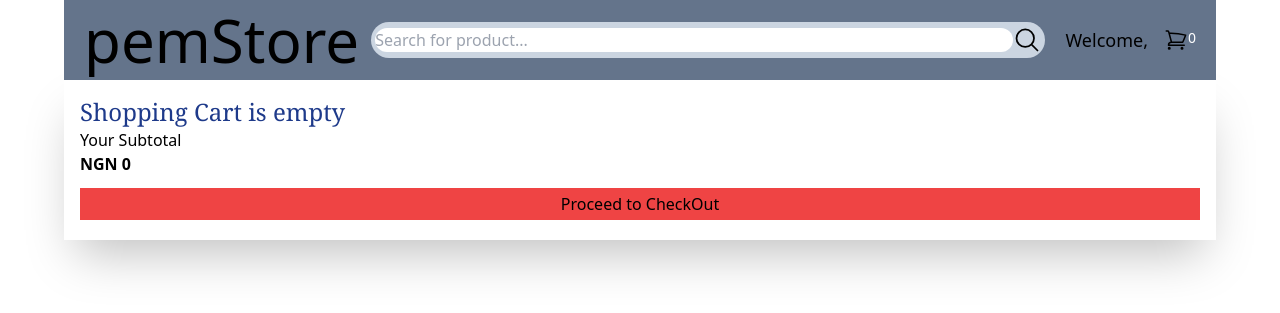
Repository: Semanmernstack/pemstore
Page: /checkout
These files come from the project's save history. The page is drawn as it stood at one moment and after the next save; the edit follows.
The browser window is 1280 px wide. The pictures show the whole page.
The page's requests for data from a server got no answer. The project was rebuilt for these pictures with package versions that can differ from the ones it lists, and the page was loaded fresh each time. The framework's server and built-in components were replaced by stand-ins that run in the browser. No one was signed in, and anything a server would have sent is missing. Also part of the build but not shown: next.config.js, components/CheckoutProduct.js.

Above is the page before, as saved 2022-11-06 05:00:20.

### pages/_app.js
import '../styles/globals.css'
import { SessionProvider } from "next-auth/react"
import { Provider } from 'react-redux'
import { store } from '../store'


function MyApp({ Component, pageProps: { session, ...pageProps }, }) {
  return (
    <SessionProvider session={session}>
      <Provider store={store}  >
        <Component {...pageProps} />
      </Provider>


    </SessionProvider>
  )
}

export default MyApp

### pages/checkout.js
import { useSession } from 'next-auth/react'
import React from 'react'
import { useSelector } from 'react-redux'
import CheckoutProduct from '../components/CheckoutProduct'
import Header from '../components/Header'
import { selectItems } from '../slices/basketSlice'

function Checkout() {
    const { data: session } = useSession()
    const items = useSelector(selectItems)
  return (
    <div  className=" mx-auto max-w-6xl "  >
        <Header />
        <div className="h-40 p-4 shadow-2xl flex flex-col">
        <div className="flex items-center  text-lg md:text-xl lg:text-2xl font-serif text-blue-900 space-x-4 ">
            <h1>{items.length === 0 ? "Shopping Cart is empty"  : "This is your pemStore Shopping Cart" }   </h1>
            <p>{session?.user.name}</p>
        </div>
        <div>
            <h1>Your Subtotal</h1>
            <span className="font-extrabold">NGN 0</span>
        </div>
        <button className="  bg-red-500 hover:animate-bounce p-1 mt-3  cursor-pointer">Proceed to CheckOut</button>
        </div>

        {items.map((item, i) => (
            <CheckoutProduct
                key={i}
                id={item.id}
                title={item.title}
                price={item.price}
                description={item.description}
                category={item.category}
                image={item.image}
            />
        ))}



    </div>
  )
}

export default Checkout

### store.js
import { configureStore } from '@reduxjs/toolkit';
import  basketReducer  from "./slices/basketSlice"
// ...

export const store = configureStore({
  reducer: {
    basket: basketReducer,


  },
})

### components/Header.js
import React from 'react'
import { useSession, signIn, signOut } from "next-auth/react"
import { useRouter } from 'next/router'
import { useSelector } from 'react-redux'
import { selectItems } from '../slices/basketSlice'

function Header() {
    const { data: session } = useSession()
    const router = useRouter()
    const items = useSelector(selectItems)

    return (
      <div className="flex  items-center   h-20 md:p-2  lg:p-5 bg-slate-500  sticky top-0 z-20">
          <div onClick={() => router.push("/")} className="mr-3  text-3xl md:text-5xl lg:text-6xl">
              <h1 className="cursor-pointer">pemStore</h1>
          </div>
          <div className="flex items-center flex-grow bg-slate-300 p-1 cursor-pointer rounded-full ">
              <input className="outline-none  rounded-full flex-grow   " type="text" placeholder="Search for product..." />
              <svg className="h-7 w-7"   xmlns="http://www.w3.org/2000/svg" fill="none" viewBox="0 0 24 24" strokeWidth={1.5} stroke="currentColor" >
                  <path strokeLinecap="round" strokeLinejoin="round" d="M21 21l-5.197-5.197m0 0A7.5 7.5 0 105.196 5.196a7.5 7.5 0 0010.607 10.607z" />
              </svg>
          </div>
          <div className="flex items-center  mx-2 lg:text-2xl">
          <div  onClick={!session ? signIn : signOut} className="flex items-center cursor-pointer text-sm md:text-lg mx-3">

              <p className="mr-1"> Welcome,</p>
              <p>{session?.user.name}</p>

          </div>
          <div onClick={() => router.push("/checkout")} className="relative flex items-center ">
              <svg xmlns="http://www.w3.org/2000/svg" fill="none" viewBox="0 0 24 24" strokeWidth={1.5} stroke="currentColor" className="w-6 h-6">
                  <path strokeLinecap="round" strokeLinejoin="round" d="M2.25 3h1.386c.51 0 .955.343 1.087.835l.383 1.437M7.5 14.25a3 3 0 00-3 3h15.75m-12.75-3h11.218c1.121-2.3 2.1-4.684 2.924-7.138a60.114 60.114 0 00-16.536-1.84M7.5 14.25L5.106 5.272M6 20.25a.75.75 0 11-1.5 0 .75.75 0 011.5 0zm12.75 0a.75.75 0 11-1.5 0 .75.75 0 011.5 0z" />
              </svg>
              <p className="absolute left-6 top-0 text-sm text-white   ">{items?.length}</p>
          </div>
          </div>

      </div>
    )
  }

  export default Header

### slices/basketSlice.js
import { createSlice } from '@reduxjs/toolkit';

const initialState = {
    items: [],
};




export const basketSlice = createSlice({
    name: "basket",
    initialState,
    // The `reducers` field lets us define reducers and generate associated actions
    reducers: {
        addtoBasket: (state, action) => {
            state.items = [...state.items, action.payload]
        },
        removeFromBasket: (state, action) => {
            const index = state.items.findIndex(
                (basketItem) => basketItem.id === action.payload.id
            )
            let newBasket = [...state.items];
            if (index >= 0) {
                newBasket.splice(index, 1)
            } else {
                console.warn(
                    `you cant remove product {id: ${action.payload.id}} as its not added`
                )
            }
            state.items = newBasket;
        }




    },

});

export const { addtoBasket, removeFromBasket } = basketSlice.actions;



export const selectItems = (state) => state.basket?.items;

export default basketSlice.reducer;

Loaded but not shown: styles/globals.css (common file); tailwind.config.js (common file)

After the next save:
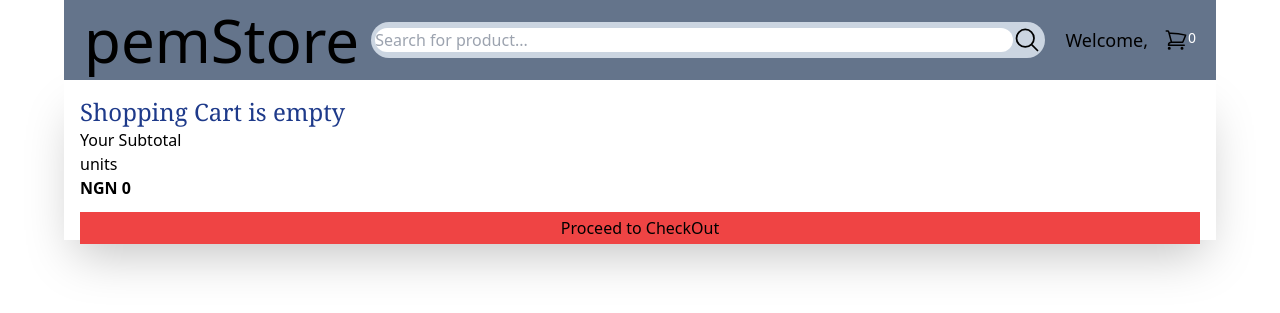
Saved 2 min 10 s later.
--- a/pages/checkout.js
+++ b/pages/checkout.js
@@ -18,6 +18,7 @@ function Checkout() {
         </div>
         <div>
             <h1>Your Subtotal</h1>
+            <h1>units</h1>
             <span className="font-extrabold">NGN 0</span>
         </div>
         <button className="  bg-red-500 hover:animate-bounce p-1 mt-3  cursor-pointer">Proceed to CheckOut</button>
